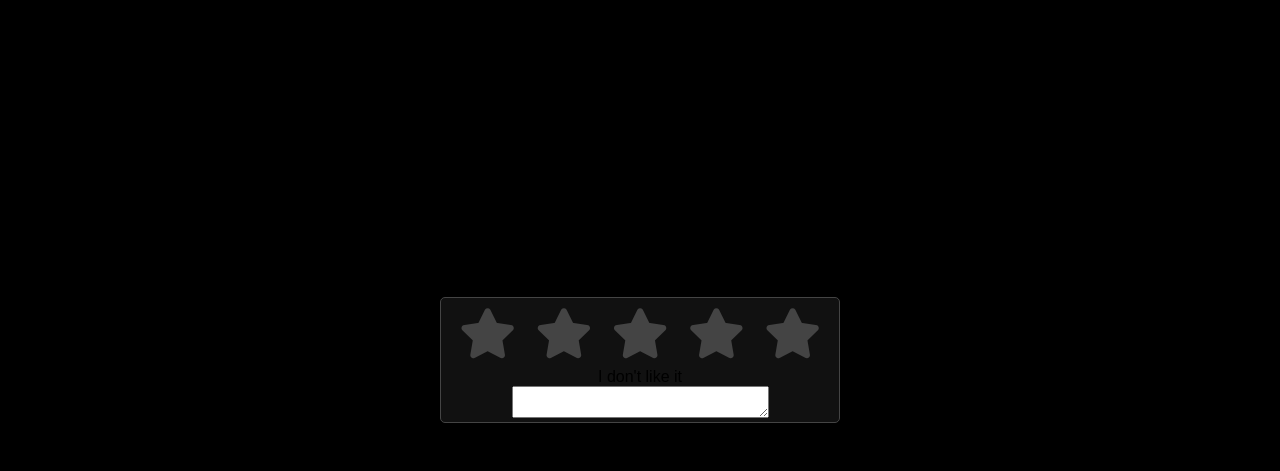
Repository: Suryansh-D/Star-Ratings
Page: index.html
An editor plug-in stored every save of this project. The page is shown before and after a run of saves, followed by the edit.
The browser window is 1280 px wide. The pictures show the whole page.

Above is the page before, as saved 2024-02-03 09:44:59.

### index.html
<!DOCTYPE html>
<html lang="en">
<head>
    <meta charset="UTF-8">
    <meta name="viewport" content="width=device-width, initial-scale=1.0">
    <title>Document</title>
</head>
<link rel="stylesheet" href="style.css">
<link rel="stylesheet" href="https://cdnjs.cloudflare.com/ajax/libs/font-awesome/5.15.3/css/all.min.css">
<body>
    <div class="container">
        <div class="stars">
            <input type="radio" name="rate" id="rate-5">
            <label for="rate-5" class="fas fa-star"></label>
            <input type="radio" name="rate" id="rate-4">
            <label for="rate-4" class="fas fa-star"></label>
            <input type="radio" name="rate" id="rate-3">
            <label for="rate-3" class="fas fa-star"></label>
            <input type="radio" name="rate" id="rate-2">
            <label for="rate-2" class="fas fa-star"></label>
            <input type="radio" name="rate" id="rate-1">
            <label for="rate-1" class="fas fa-star"></label>
            <form action="#">
                <header>I don't like it</header>
                <div class="textarea">
                <textarea cols="30"></textarea>

        </div>
    </div>
    <script></script>
</body>
</html>

### style.css
@import url('https://fonts.googleapis.com/css?family=Roboto:400,700');
* {
  margin: 0;
  padding: 0;
  box-sizing: border-box;
  font-family:'Poppins', sans-serif;
}
html, body {
  height: 100%;
  background-color: #000;
  place-items: center;
  display: grid;
  text-align: center;
}

.container {
  width: 400px;
  background: #111;
    padding: 20px , 30px;
    border: 1px solid #444;
    border-radius: 5px;
    display: flex;
    flex-direction: column;
    align-items: center;
    justify-content: center;
}
.container .stars input{
    display: none;
}
.stars label{
    font-size: 50px;
    color: #444;
    cursor: pointer;
    transition: all 0.2s ease;
    float: right;
    padding: 10px;

}
.stars input:not(:checked) ~ label:hover ,
.stars input:not(:checked) ~ label:hover ~ label{
    color: #ffcc00;
}
.stars input:checked ~ label{
    color: #ffcc00;
}
input#rate-5:checked ~ label#rate-5 ~ label#rate-4 ~ label#rate-3 ~ label#rate-2 ~ label#rate-1{
    color: #ffe7;
    text-shadow: 0 0 20px #952;
}

After the next 4 saves:
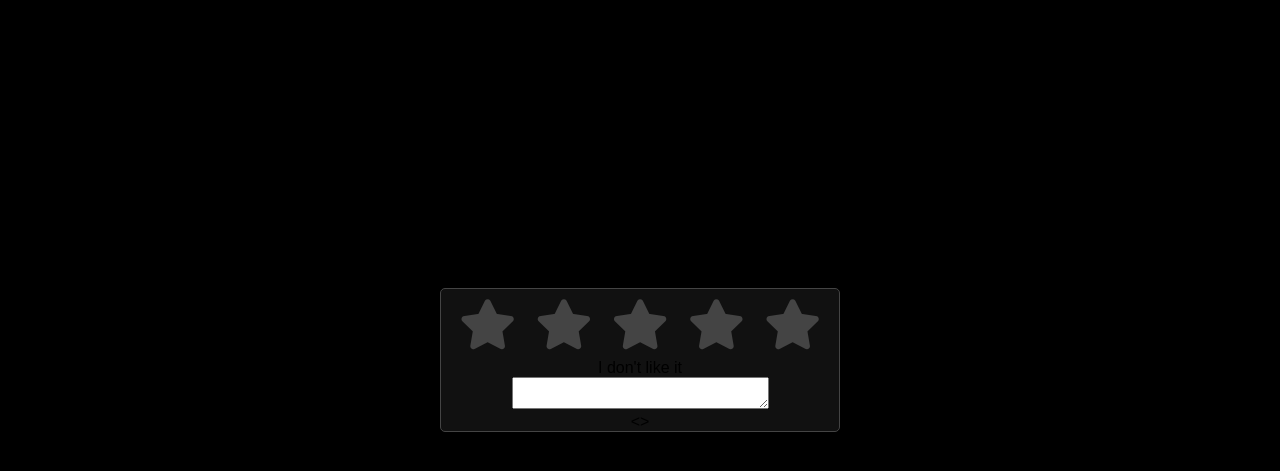
The 4 saves are shown as one change because they came seconds apart.
The last was saved 10 s later.
--- a/index.html
+++ b/index.html
@@ -24,7 +24,8 @@
                 <header>I don't like it</header>
                 <div class="textarea">
                 <textarea cols="30"></textarea>
-
+                <div>
+                    <>
         </div>
     </div>
     <script></script>

After the 4 saves that followed:
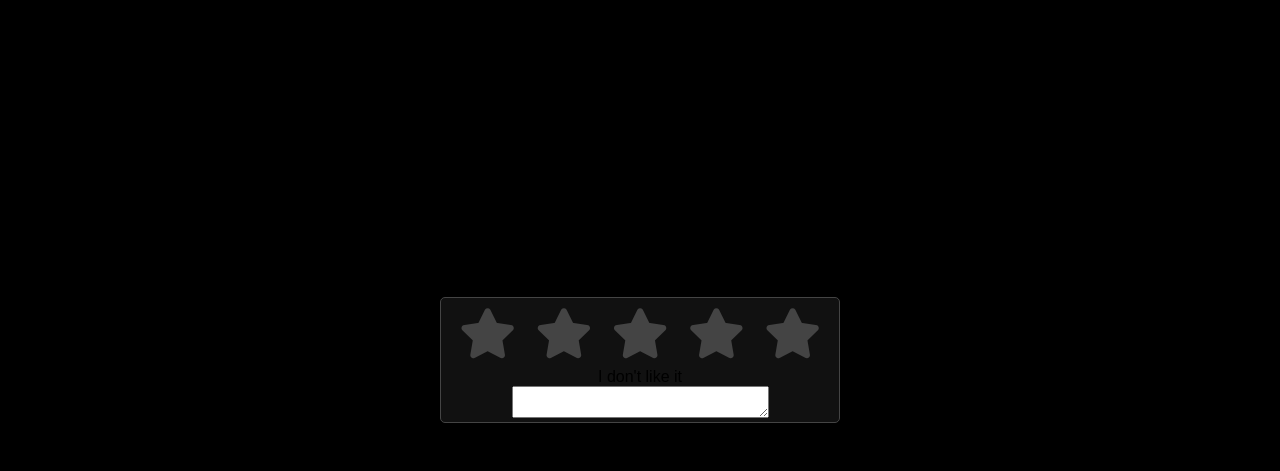
The 4 saves are shown as one change because they came seconds apart.
The last was saved 10 s later.
--- a/index.html
+++ b/index.html
@@ -25,7 +25,7 @@
                 <div class="textarea">
                 <textarea cols="30"></textarea>
                 <div>
-                    <>
+                    <div class="btn">
         </div>
     </div>
     <script></script>
